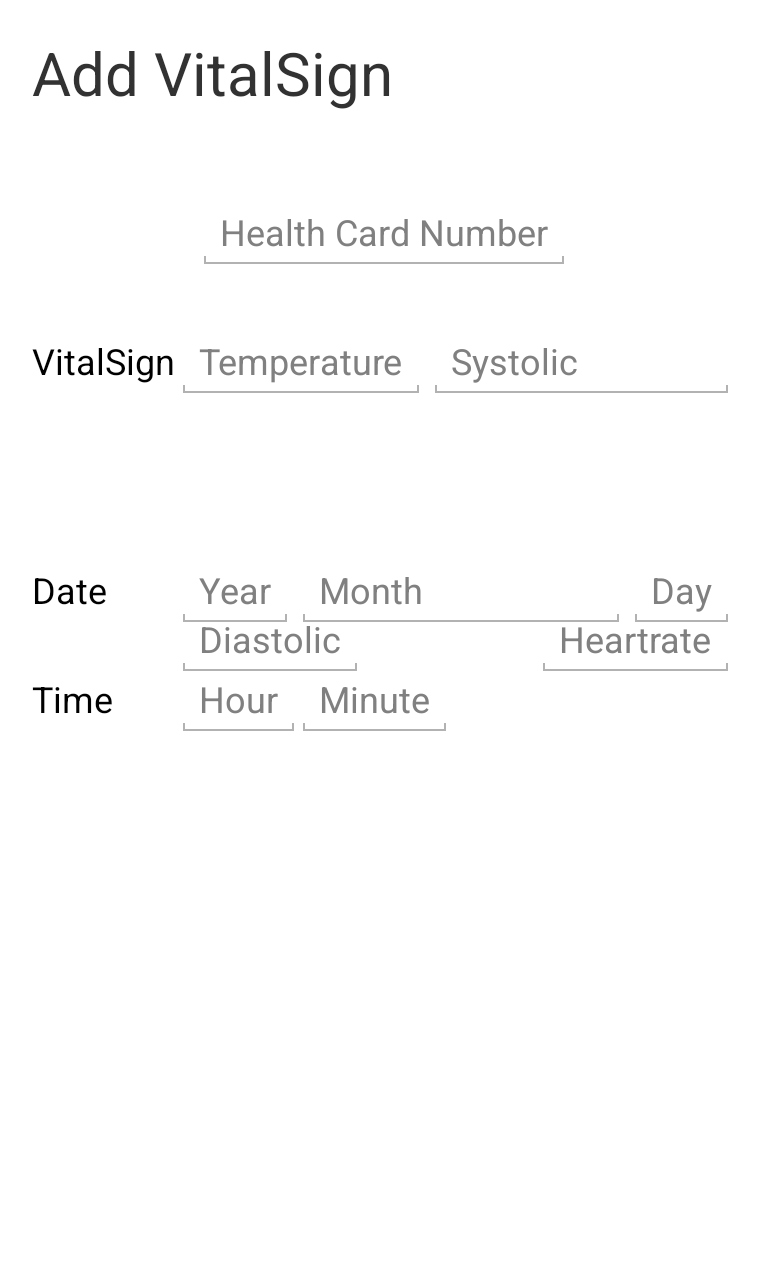
Repository: wangyuan0915/ER
Layout: workspace2/phase3/res/layout/activity_add_vital_sign.xml
An editor plug-in stored every save of this project. The layout is shown before and after the next save, followed by the edit.
It is drawn on a 768 x 1280 px phone screen (xhdpi) without system bars, with theme AppTheme; the app's code is not run.

Above is the layout before, as saved 2013-11-24 06:46:45.

### workspace2/phase3/res/layout/activity_add_vital_sign.xml
<RelativeLayout xmlns:android="http://schemas.android.com/apk/res/android"
    xmlns:tools="http://schemas.android.com/tools"
    android:layout_width="match_parent"
    android:layout_height="match_parent"
    android:paddingBottom="@dimen/activity_vertical_margin"
    android:paddingLeft="@dimen/activity_horizontal_margin"
    android:paddingRight="@dimen/activity_horizontal_margin"
    android:paddingTop="@dimen/activity_vertical_margin"
    tools:context=".AddVitalSignActivity" >

    <TextView
        android:id="@+id/addvitalsign"
        android:layout_width="wrap_content"
        android:layout_height="wrap_content"
        android:layout_alignParentLeft="true"
        android:layout_alignParentTop="true"
        android:textSize="30sp"
        android:text="@string/Add_VitalSign" />

    <EditText
        android:id="@+id/healthcardnum"
        android:layout_width="wrap_content"
        android:layout_height="wrap_content"
        android:layout_below="@+id/addvitalsign"
        android:layout_centerHorizontal="true"
        android:layout_marginTop="40dp"
        android:hint="@string/Health_Card_Number"
        android:textAppearance="?android:attr/textAppearanceMedium" />

    <TextView
        android:id="@+id/VitalSign"
        android:layout_width="wrap_content"
        android:layout_height="wrap_content"
        android:layout_alignLeft="@+id/addvitalsign"
        android:layout_below="@+id/healthcardnum"
        android:layout_marginTop="32dp"
        android:text="@string/VitalSign"
        android:textAppearance="?android:attr/textAppearanceMedium" />

    <EditText
        android:id="@+id/temperature"
        android:layout_width="wrap_content"
        android:layout_height="wrap_content"
        android:layout_alignBaseline="@+id/VitalSign"
        android:layout_alignBottom="@+id/VitalSign"
        android:layout_toRightOf="@+id/VitalSign"
        android:hint="@string/Temperature"
        android:inputType="numberDecimal"
        android:textAppearance="?android:attr/textAppearanceMedium" >


    </EditText>

    <EditText
        android:id="@+id/systolic"
        android:layout_width="wrap_content"
        android:layout_height="wrap_content"
        android:layout_alignBaseline="@+id/temperature"
        android:layout_alignBottom="@+id/temperature"
        android:layout_toRightOf="@+id/temperature"
        android:ems="10"
        android:hint="@string/Systolic"
        android:inputType="number"
        android:textAppearance="?android:attr/textAppearanceMedium" />

    <EditText
        android:id="@+id/diastolic"
        android:layout_width="wrap_content"
        android:layout_height="wrap_content"
        android:layout_alignLeft="@+id/temperature"
        android:layout_centerVertical="true"
        android:hint="@string/Diastolic"
        android:inputType="number"
        android:textAppearance="?android:attr/textAppearanceMedium" />

    <EditText
        android:id="@+id/heartrate"
        android:layout_width="wrap_content"
        android:layout_height="wrap_content"
        android:layout_alignRight="@+id/systolic"
        android:layout_centerVertical="true"
        android:hint="@string/Heartrate"
        android:inputType="number"
        android:textAppearance="?android:attr/textAppearanceMedium" />

    <TextView
        android:id="@+id/currentdate"
        android:layout_width="wrap_content"
        android:layout_height="wrap_content"
        android:layout_alignLeft="@+id/VitalSign"
        android:layout_below="@+id/VitalSign"
        android:layout_marginTop="90dp"
        android:text="@string/Date"
        android:textAppearance="?android:attr/textAppearanceMedium" />

    <EditText
        android:id="@+id/currentyear"
        android:layout_width="wrap_content"
        android:layout_height="wrap_content"
        android:layout_alignBaseline="@+id/currentdate"
        android:layout_alignBottom="@+id/currentdate"
        android:layout_alignLeft="@+id/diastolic"
        android:inputType="number"
        android:hint="@string/Year"
        android:textAppearance="?android:attr/textAppearanceMedium" />

    <EditText
        android:id="@+id/currentmonth"
        android:layout_width="wrap_content"
        android:layout_height="wrap_content"
        android:layout_alignBaseline="@+id/currentdate"
        android:layout_alignBottom="@+id/currentdate"
        android:layout_toLeftOf="@+id/currentday"
        android:layout_toRightOf="@+id/currentyear"
        android:=""
        android:hint="@string/Month"
        android:inputType="number"
        android:textAppearance="?android:attr/textAppearanceMedium" />

    <EditText
        android:id="@+id/currentday"
        android:layout_width="wrap_content"
        android:layout_height="wrap_content"
        android:layout_alignBaseline="@+id/currentdate"
        android:layout_alignBottom="@+id/currentdate"
        android:layout_alignRight="@+id/heartrate"
        android:inputType="number"
        android:hint="@string/Day"
        android:textAppearance="?android:attr/textAppearanceMedium" />

    <TextView
        android:id="@+id/currenttime"
        android:layout_width="wrap_content"
        android:layout_height="wrap_content"
        android:layout_alignLeft="@+id/currentdate"
        android:layout_below="@+id/currentdate"
        android:layout_marginTop="30dp"
        android:text="@string/Time"
        android:textAppearance="?android:attr/textAppearanceMedium" />

    <EditText
        android:id="@+id/currenthour"
        android:layout_width="wrap_content"
        android:layout_height="wrap_content"
        android:layout_alignBaseline="@+id/currenttime"
        android:layout_alignBottom="@+id/currenttime"
        android:layout_alignLeft="@+id/currentyear"
        android:inputType="number"
        android:hint="@string/Hour"
        android:textAppearance="?android:attr/textAppearanceMedium" />

    <EditText
        android:id="@+id/currentminute"
        android:layout_width="wrap_content"
        android:layout_height="wrap_content"
        android:layout_alignBaseline="@+id/currenthour"
        android:layout_alignBottom="@+id/currenthour"
        android:layout_alignLeft="@+id/currentmonth"
        android:inputType="number"
        android:hint="@string/Minute"
        android:textAppearance="?android:attr/textAppearanceMedium" />

</RelativeLayout>

### workspace2/phase3/res/values/strings.xml
<?xml version="1.0" encoding="utf-8"?>
<resources>

    <string name="app_name">phase3</string>
    <string name="action_settings">Settings</string>
    <string name="hello_world">Hello world!</string>
    <string name="Login">Login</string>
    <string name="username">username</string>
    <string name="password">password</string>
    <string name="Nurse">Nurse</string>
    <string name="Physician">Physician</string>
    <string name="login">login</string>
    <string name="title_activity_choice">ChoiceActivity</string>
    <string name="title_activity_physician__choice">Physician_ChoiceActivity</string>
    <string name="Hello">Hello</string>
    <string name="Add_a_new_patient">Add a new patient</string>
    <string name="Add_VitalSign">Add VitalSign</string>
    <string name="title_activity_new_patient">NewPatientActivity</string>
    <string name="title_activity_add_vital_sign">AddVitalSignActivity</string>
    <string name="New_Patient">New Patient</string>
    <string name="patient_name">patient\'s name</string>
    <string name="Health_Card_Number">Health Card Number</string>
    <string name="Birthday">Birthday</string>
    <string name="Year">Year</string>
    <string name="Month">Month</string>
    <string name="Day">Day</string>
    <string name="Date">Date</string>
    <string name="Time">Time</string>
    <string name="Hour">Hour</string>
    <string name="Minute">Minute</string>
    <string name="Submit">Submit</string>
    <string name="VitalSign">VitalSign</string>
    <string name="Temperature">Temperature</string>
    <string name="Systolic">Systolic</string>
    <string name="Diastolic">Diastolic</string>
    <string name="Heartrate">Heartrate</string>

</resources>

Loaded but not shown: workspace2/phase3/res/values/styles.xml (common file); workspace2/phase3/res/values-v11/styles.xml (common file); workspace2/phase3/res/values-v14/styles.xml (common file); workspace2/phase3/res/values/dimens.xml (common file)

After the next save:
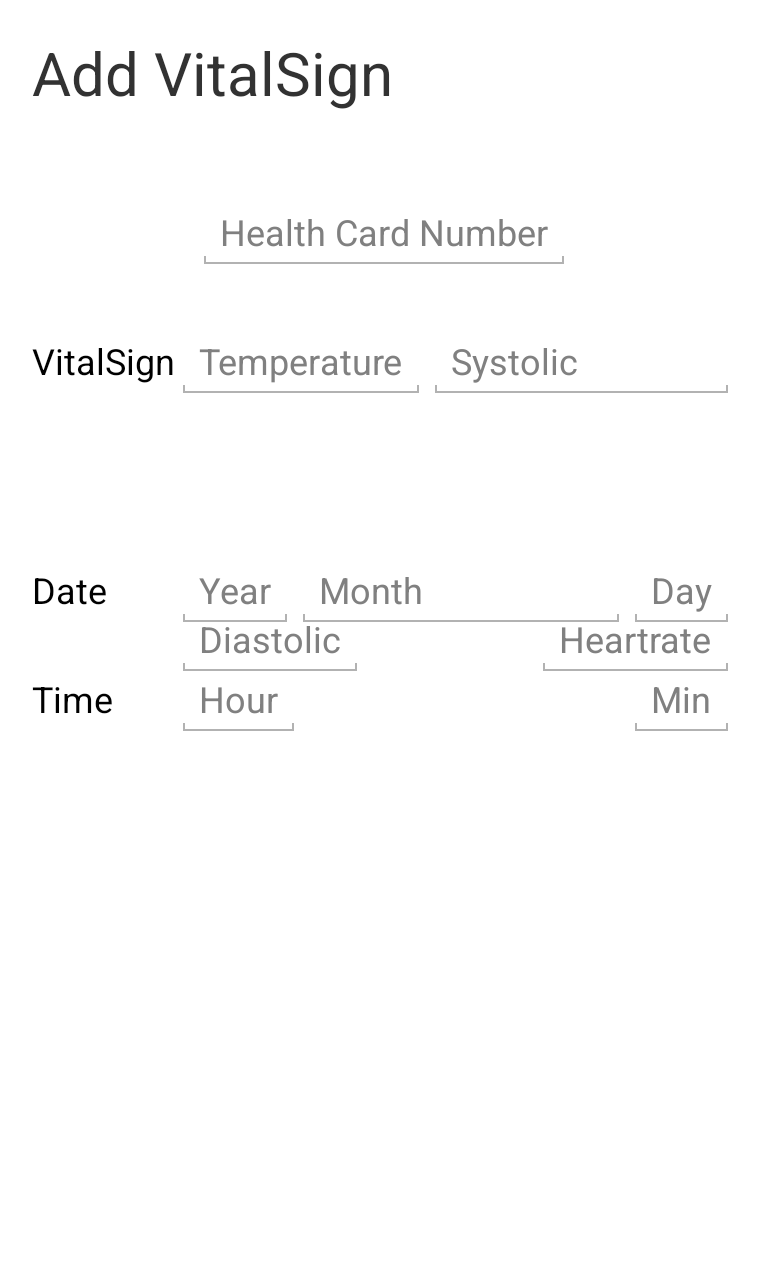
Saved 15 s later.
--- a/workspace2/phase3/res/layout/activity_add_vital_sign.xml
+++ b/workspace2/phase3/res/layout/activity_add_vital_sign.xml
@@ -155,7 +155,7 @@
         android:layout_height="wrap_content"
         android:layout_alignBaseline="@+id/currenthour"
         android:layout_alignBottom="@+id/currenthour"
-        android:layout_alignLeft="@+id/currentmonth"
+        android:layout_alignLeft="@+id/currentday"
         android:inputType="number"
         android:hint="@string/Minute"
         android:textAppearance="?android:attr/textAppearanceMedium" />
